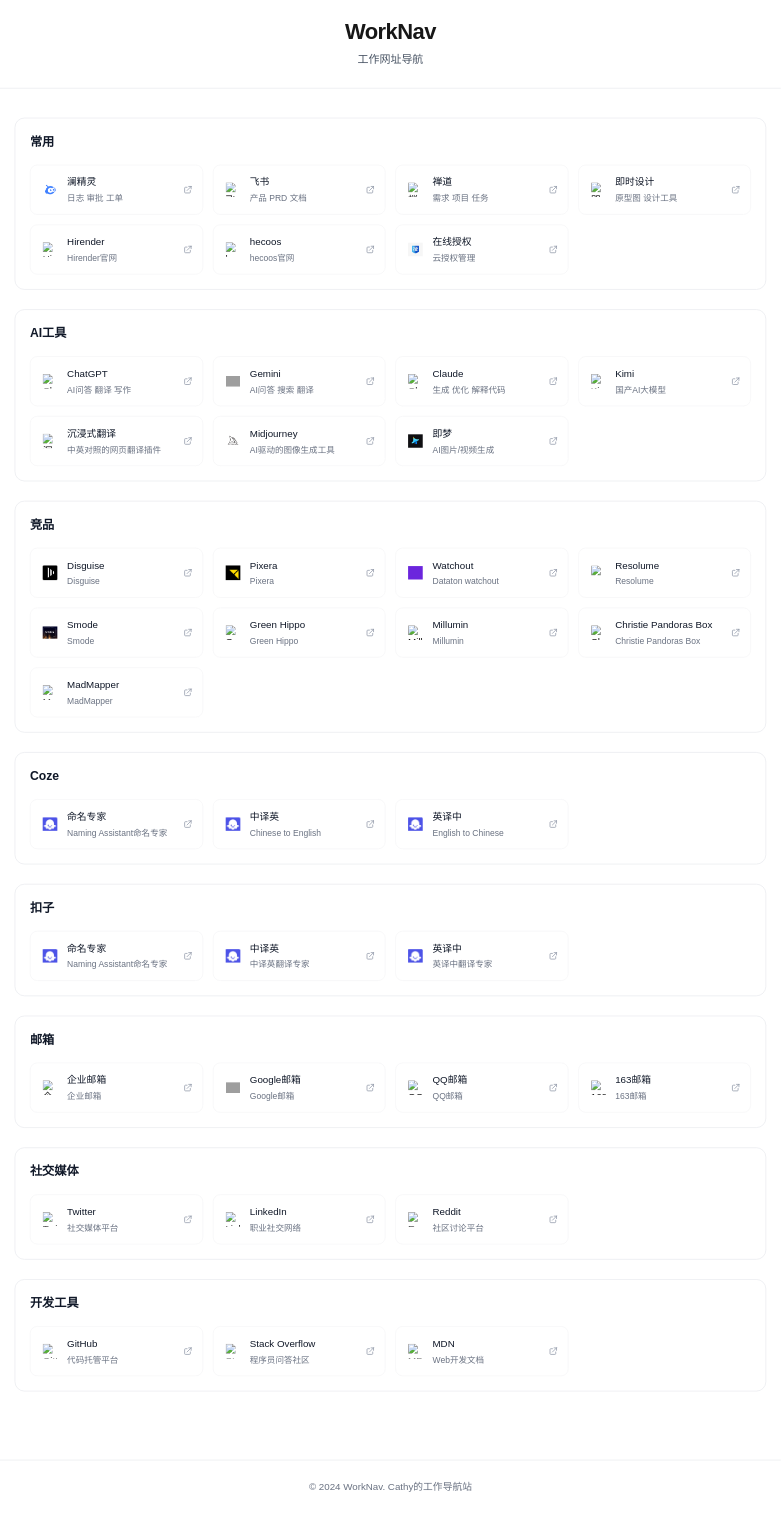
Repository: SweetPomelo0/WorkNav
Page: /
An editor plug-in stored every save of this project. The page is shown before and after the next save, followed by the edit.
The browser window is 1280 px wide. The pictures show the whole page, at 61% of full size.
Pictures or frames that could not be fetched are drawn as grey boxes. The project was rebuilt for these pictures with package versions that can differ from the ones it lists, and the page was loaded fresh each time. The framework's server and built-in components were replaced by stand-ins that run in the browser. Also part of the build but not shown: next.config.ts.

Above is the page before, as saved 2025-07-26 19:03:28.

### src/app/page.tsx
export default function Home() {
  const categories = [
    {
      title: "常用",
      links: [
        { name: "澜精灵", url: "https://www.lanerp.com/Admin/index/index.html", desc: "日志 审批 工单", icon: "/img/lanjingling.png" },
        { name: "飞书", url: "https://enlightv.feishu.cn/wiki/D6Z1wOai9iVI4bkVlumcJprDn2e?fromScene=spaceOverview", desc: "产品 PRD 文档", icon: "https://feishu.cn/favicon.ico" },
        { name: "禅道", url: "https://enlightv.zentaopm.com/my/", desc: "需求 项目 任务", icon: "https://enlightv.zentaopm.com/favicon.ico" },
        { name: "即时设计", url: "https://js.design/recent", desc: "原型图 设计工具", icon: "https://img.js.design/assets/webImg/favicon.ico" },
        { name: "Hirender", url: "https://www.hirender.com/#/home", desc: "Hirender官网", icon: "https://www.hirender.com/favicon.ico" },
        { name: "hecoos", url: "https://www.hecoos.com/web/#/home", desc: "hecoos官网", icon: "https://www.hecoos.com/favicon.ico" },
        { name: "在线授权", url: "https://license.enlightv.com/web/", desc: "云授权管理", icon: "data:[embedded picture, 6295 characters]" },
      ]
    },
    {
      title: "AI工具",
      links: [
        { name: "ChatGPT", url: "https://chatgpt.com/", desc: "AI问答 翻译 写作", icon: "https://cdn.oaistatic.com/assets/favicon-180x180-od45eci6.webp" },
        { name: "Gemini", url: "https://gemini.google.com/app", desc: "AI问答 搜索 翻译", icon: "https://www.gstatic.com/lamda/images/gemini_sparkle_4g_512_lt_f94943af3be039176192d.png" },
        { name: "Claude", url: "https://claude.ai/", desc: "生成 优化 解释代码", icon: "https://claude.ai/favicon.ico" },
        { name: "Kimi", url: "https://www.kimi.com/", desc: "国产AI大模型", icon: "https://www.kimi.com/favicon.ico" },
        { name: "沉浸式翻译", url: "https://immersivetranslate.com/zh-Hans/?utm_source=ai-bot.cn", desc: "中英对照的网页翻译插件", icon: "https://immersivetranslate.com/favicon.ico" },
        { name: "Midjourney", url: "https://www.midjourney.com/explore?tab=video_top", desc: "AI驱动的图像生成工具", icon: "/img/mj.png" },
        { name: "即梦", url: "https://jimeng.jianying.com/ai-tool/home", desc: "AI图片/视频生成", icon: "/img/jimeng.png" }

      ]
    },
    {
      title: "竞品",
      links: [
        { name: "Disguise", url: "https://www.disguise.one/en", desc: "Disguise", icon: "/img/disguise.png" },
        { name: "Pixera", url: "https://pixera.one/zh/software/overview/", desc: "Pixera", icon: "/img/pixera.png" },
        { name: "Watchout", url: "https://www.dataton.com/", desc: "Dataton watchout", icon: "/img/watchout.png" },
        { name: "Resolume", url: "https://resolume.com/", desc: "Resolume", icon: "https://resolume.com/images/favicons/apple-touch-icon.png" },
        { name: "Smode", url: "https://www.smode.io/en/", desc: "Smode", icon: "/img/smode.png" },
        { name: "Green Hippo", url: "https://www.green-hippo.com/", desc: "Green Hippo", icon: "https://www.green-hippo.com/wp-content/themes/greenhippo/assets/icons/favicon.ico" },
        { name: "Millumin", url: "https://millumin.com/v5/index.php", desc: "Millumin", icon: "https://www.millumin.com/favicon/apple-icon-180x180.png" },
        { name: "Christie Pandoras Box", url: "https://www.christiedigital.com/products/christie-pandoras-box/", desc: "Christie Pandoras Box", icon: "https://www.christiedigital.com/apple-touch-icon.png" },
        { name: "MadMapper", url: "https://madmapper.com/madmapper/software", desc: "MadMapper", icon: "https://madmapper.com/images/favicon/apple-touch-icon.png" }

      ]
    },
    {
      title: "Coze",
      links: [
        { name: "命名专家", url: "https://www.coze.com/store/agent/7530562770308956161?bot_id=true", desc: "Naming Assistant命名专家", icon: "/img/coze.png" },
        { name: "中译英", url: "https://www.coze.com/store/agent/7530572378075152440?bot_id=true", desc: "Chinese to English", icon: "/img/coze.png" },
        { name: "英译中", url: "https://www.coze.com/store/agent/7530572202144694273?bot_id=true", desc: "English to Chinese", icon: "/img/coze.png" }
      ]
    },
    {
      title: "扣子",
      links: [
        { name: "命名专家", url: "https://www.coze.cn/store/agent/7530571775823577130?bot_id=true", desc: "Naming Assistant命名专家", icon: "/img/coze.png" },
        { name: "中译英", url: "https://www.coze.cn/store/agent/7530581452909035572?bot_id=true", desc: "中译英翻译专家", icon: "/img/coze.png" },
        { name: "英译中", url: "https://www.coze.cn/store/agent/7530581958234193970?bot_id=true", desc: "英译中翻译专家", icon: "/img/coze.png" }
      ]
    },
    {
      title: "邮箱",
      links: [
        { name: "企业邮箱", url: "https://exmail.qq.com/cgi-bin/frame_html?sid=qPUC22bEtIEF7kUt,2&sign_type=&r=586a2a390ca023395a120877ca5870f0", desc: "企业邮箱", icon: "https://exmail.qq.com/favicon.ico" },
        { name: "Google邮箱", url: "https://mail.google.com/mail/u/0/#inbox", desc: "Google邮箱", icon: "https://ssl.gstatic.com/ui/v1/icons/mail/rfr/gmail.ico" },
        { name: "QQ邮箱", url: "https://mail.qq.com/", desc: "QQ邮箱", icon: "https://mail.qq.com/favicon.ico" },
        { name: "163邮箱", url: "https://mail.163.com/", desc: "163邮箱", icon: "https://mail.163.com/favicon.ico" }
      ]
    },
    {
      title: "社交媒体",
      links: [
        { name: "Twitter", url: "https://twitter.com", desc: "社交媒体平台", icon: "https://twitter.com/favicon.ico" },
        { name: "LinkedIn", url: "https://www.linkedin.com", desc: "职业社交网络", icon: "https://www.linkedin.com/favicon.ico" },
        { name: "Reddit", url: "https://www.reddit.com", desc: "社区讨论平台", icon: "https://www.reddit.com/favicon.ico" }
      ]
    },
    {
      title: "开发工具",
      links: [
        { name: "GitHub", url: "https://github.com", desc: "代码托管平台", icon: "https://github.com/favicon.ico" },
        { name: "Stack Overflow", url: "https://stackoverflow.com", desc: "程序员问答社区", icon: "https://stackoverflow.com/favicon.ico" },
        { name: "MDN", url: "https://developer.mozilla.org", desc: "Web开发文档", icon: "https://developer.mozilla.org/favicon.ico" },
      ]
    }

  ];

  return (
    <div className="min-h-screen bg-background text-foreground">
      {/* Header */}
      <header className="border-b border-gray-200 dark:border-gray-800">
        <div className="max-w-7xl mx-auto px-6 py-8">
          <div className="text-center">
            <h1 className="text-4xl font-bold mb-3 tracking-tight">WorkNav</h1>
            <p className="text-lg text-gray-600 dark:text-gray-400">工作网址导航</p>
          </div>
        </div>
      </header>

      {/* Main Content */}
       <main className="max-w-7xl mx-auto px-6 py-12">
         <div className="space-y-8">
           {categories.map((category, index) => (
             <div key={index} className="bg-white dark:bg-gray-900 rounded-2xl border border-gray-200 dark:border-gray-800 p-6 hover:shadow-lg transition-shadow duration-300">
               <h2 className="text-xl font-semibold mb-6 text-gray-900 dark:text-gray-100">
                 {category.title}
               </h2>
               <div className="grid grid-cols-1 sm:grid-cols-2 lg:grid-cols-3 xl:grid-cols-4 gap-4">
                 {category.links.map((link, linkIndex) => (
                   <a
                     key={linkIndex}
                     href={link.url}
                     target="_blank"
                     rel="noopener noreferrer"
                     className="block p-4 rounded-xl border border-gray-100 dark:border-gray-700 hover:border-gray-300 dark:hover:border-gray-600 hover:bg-gray-50 dark:hover:bg-gray-800 transition-all duration-200 group"
                   >
                     <div className="flex items-center justify-between">
                       <div className="flex items-center flex-1">
                         <div className="w-8 h-8 mr-3 flex-shrink-0 flex items-center justify-center">
                           {link.icon ? (
                             <img
                               src={link.icon}
                               alt={`${link.name} icon`}
                               className="w-6 h-6 object-contain"
                             />
                           ) : (
                             <div className="w-6 h-6 bg-gray-200 dark:bg-gray-700 rounded-md flex items-center justify-center">
                               <span className="text-xs text-gray-500 dark:text-gray-400 font-medium">
                                 {link.name.charAt(0).toUpperCase()}
                               </span>
                             </div>
                           )}
                         </div>
                         <div className="flex-1">
                           <h3 className="font-medium text-gray-900 dark:text-gray-100 group-hover:text-blue-600 dark:group-hover:text-blue-400 transition-colors">
                             {link.name}
                           </h3>
                           <p className="text-sm text-gray-500 dark:text-gray-400 mt-1">
                             {link.desc}
                           </p>
                         </div>
                       </div>
                       <svg
                         className="w-4 h-4 text-gray-400 group-hover:text-blue-600 dark:group-hover:text-blue-400 transition-colors ml-3 flex-shrink-0"
                         fill="none"
                         stroke="currentColor"
                         viewBox="0 0 24 24"
                       >
                         <path
                           strokeLinecap="round"
                           strokeLinejoin="round"
                           strokeWidth={2}
                           d="M10 6H6a2 2 0 00-2 2v10a2 2 0 002 2h10a2 2 0 002-2v-4M14 4h6m0 0v6m0-6L10 14"
                         />
                       </svg>
                     </div>
                   </a>
                 ))}
               </div>
             </div>
           ))}
         </div>
       </main>

      {/* Footer */}
      <footer className="border-t border-gray-200 dark:border-gray-800 mt-16">
        <div className="max-w-7xl mx-auto px-6 py-8">
          <div className="text-center text-gray-500 dark:text-gray-400">
            <p>© 2024 WorkNav. Cathy的工作导航站</p>
          </div>
        </div>
      </footer>
    </div>
  );
}

Loaded but not shown: src/app/layout.tsx (common file); src/app/globals.css (common file)

After the next save:
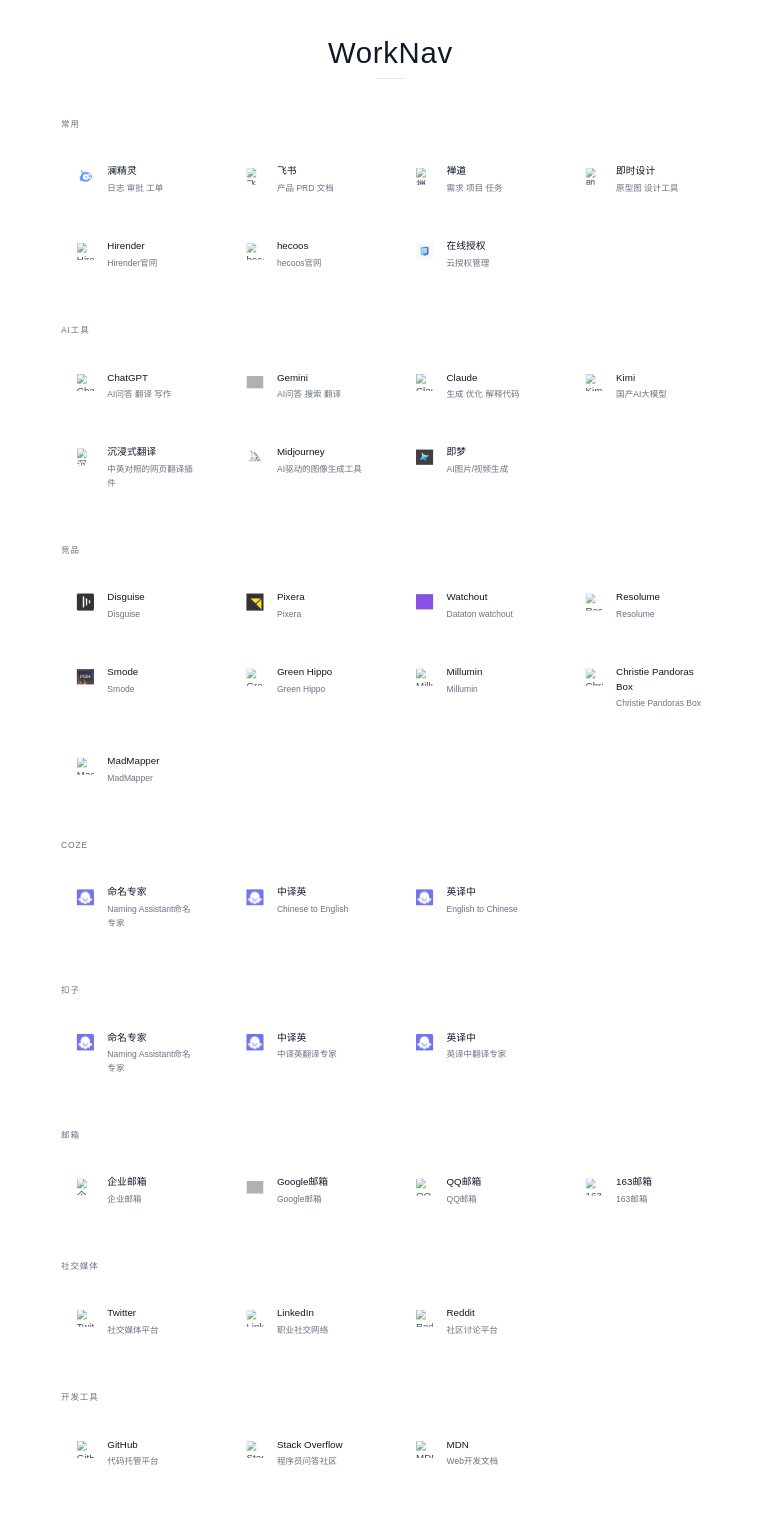
Saved 92 s later.
--- a/src/app/page.tsx
+++ b/src/app/page.tsx
@@ -85,90 +85,66 @@
   ];
 
   return (
-    <div className="min-h-screen bg-background text-foreground">
+    <div className="min-h-screen bg-white dark:bg-black text-gray-900 dark:text-gray-100">
       {/* Header */}
-      <header className="border-b border-gray-200 dark:border-gray-800">
-        <div className="max-w-7xl mx-auto px-6 py-8">
+      <header className="py-16">
+        <div className="max-w-6xl mx-auto px-8">
           <div className="text-center">
-            <h1 className="text-4xl font-bold mb-3 tracking-tight">WorkNav</h1>
-            <p className="text-lg text-gray-600 dark:text-gray-400">工作网址导航</p>
+            <h1 className="text-5xl font-light mb-4 tracking-wide">WorkNav</h1>
+            <div className="w-12 h-px bg-gray-300 dark:bg-gray-700 mx-auto"></div>
           </div>
         </div>
       </header>
 
       {/* Main Content */}
-       <main className="max-w-7xl mx-auto px-6 py-12">
-         <div className="space-y-8">
+       <main className="max-w-6xl mx-auto px-8 pb-20">
+         <div className="space-y-16">
            {categories.map((category, index) => (
-             <div key={index} className="bg-white dark:bg-gray-900 rounded-2xl border border-gray-200 dark:border-gray-800 p-6 hover:shadow-lg transition-shadow duration-300">
-               <h2 className="text-xl font-semibold mb-6 text-gray-900 dark:text-gray-100">
+             <section key={index} className="">
+               <h2 className="text-sm font-medium tracking-widest uppercase text-gray-500 dark:text-gray-400 mb-8 pl-1">
                  {category.title}
                </h2>
-               <div className="grid grid-cols-1 sm:grid-cols-2 lg:grid-cols-3 xl:grid-cols-4 gap-4">
+               <div className="grid grid-cols-1 sm:grid-cols-2 lg:grid-cols-3 xl:grid-cols-4 gap-6">
                  {category.links.map((link, linkIndex) => (
                    <a
                      key={linkIndex}
                      href={link.url}
                      target="_blank"
                      rel="noopener noreferrer"
-                     className="block p-4 rounded-xl border border-gray-100 dark:border-gray-700 hover:border-gray-300 dark:hover:border-gray-600 hover:bg-gray-50 dark:hover:bg-gray-800 transition-all duration-200 group"
+                     className="group block p-6 hover:bg-gray-50 dark:hover:bg-gray-900 transition-colors duration-300 rounded-lg"
                    >
-                     <div className="flex items-center justify-between">
-                       <div className="flex items-center flex-1">
-                         <div className="w-8 h-8 mr-3 flex-shrink-0 flex items-center justify-center">
-                           {link.icon ? (
-                             <img
-                               src={link.icon}
-                               alt={`${link.name} icon`}
-                               className="w-6 h-6 object-contain"
-                             />
-                           ) : (
-                             <div className="w-6 h-6 bg-gray-200 dark:bg-gray-700 rounded-md flex items-center justify-center">
-                               <span className="text-xs text-gray-500 dark:text-gray-400 font-medium">
-                                 {link.name.charAt(0).toUpperCase()}
-                               </span>
-                             </div>
-                           )}
-                         </div>
-                         <div className="flex-1">
-                           <h3 className="font-medium text-gray-900 dark:text-gray-100 group-hover:text-blue-600 dark:group-hover:text-blue-400 transition-colors">
-                             {link.name}
-                           </h3>
-                           <p className="text-sm text-gray-500 dark:text-gray-400 mt-1">
-                             {link.desc}
-                           </p>
-                         </div>
+                     <div className="flex items-start space-x-4">
+                       <div className="w-10 h-10 flex-shrink-0 flex items-center justify-center">
+                         {link.icon ? (
+                           <img
+                             src={link.icon}
+                             alt={`${link.name} icon`}
+                             className="w-7 h-7 object-contain opacity-80 group-hover:opacity-100 transition-opacity"
+                           />
+                         ) : (
+                           <div className="w-7 h-7 bg-gray-100 dark:bg-gray-800 rounded-full flex items-center justify-center">
+                             <span className="text-xs font-medium text-gray-600 dark:text-gray-300">
+                               {link.name.charAt(0).toUpperCase()}
+                             </span>
+                           </div>
+                         )}
                        </div>
-                       <svg
-                         className="w-4 h-4 text-gray-400 group-hover:text-blue-600 dark:group-hover:text-blue-400 transition-colors ml-3 flex-shrink-0"
-                         fill="none"
-                         stroke="currentColor"
-                         viewBox="0 0 24 24"
-                       >
-                         <path
-                           strokeLinecap="round"
-                           strokeLinejoin="round"
-                           strokeWidth={2}
-                           d="M10 6H6a2 2 0 00-2 2v10a2 2 0 002 2h10a2 2 0 002-2v-4M14 4h6m0 0v6m0-6L10 14"
-                         />
-                       </svg>
+                       <div className="flex-1 min-w-0">
+                         <h3 className="font-medium text-gray-900 dark:text-gray-100 group-hover:text-gray-600 dark:group-hover:text-gray-300 transition-colors mb-1">
+                           {link.name}
+                         </h3>
+                         <p className="text-sm text-gray-500 dark:text-gray-400 leading-relaxed">
+                           {link.desc}
+                         </p>
+                       </div>
                      </div>
                    </a>
                  ))}
                </div>
-             </div>
+             </section>
            ))}
          </div>
        </main>
-
-      {/* Footer */}
-      <footer className="border-t border-gray-200 dark:border-gray-800 mt-16">
-        <div className="max-w-7xl mx-auto px-6 py-8">
-          <div className="text-center text-gray-500 dark:text-gray-400">
-            <p>© 2024 WorkNav. Cathy的工作导航站</p>
-          </div>
-        </div>
-      </footer>
     </div>
   );
 }
